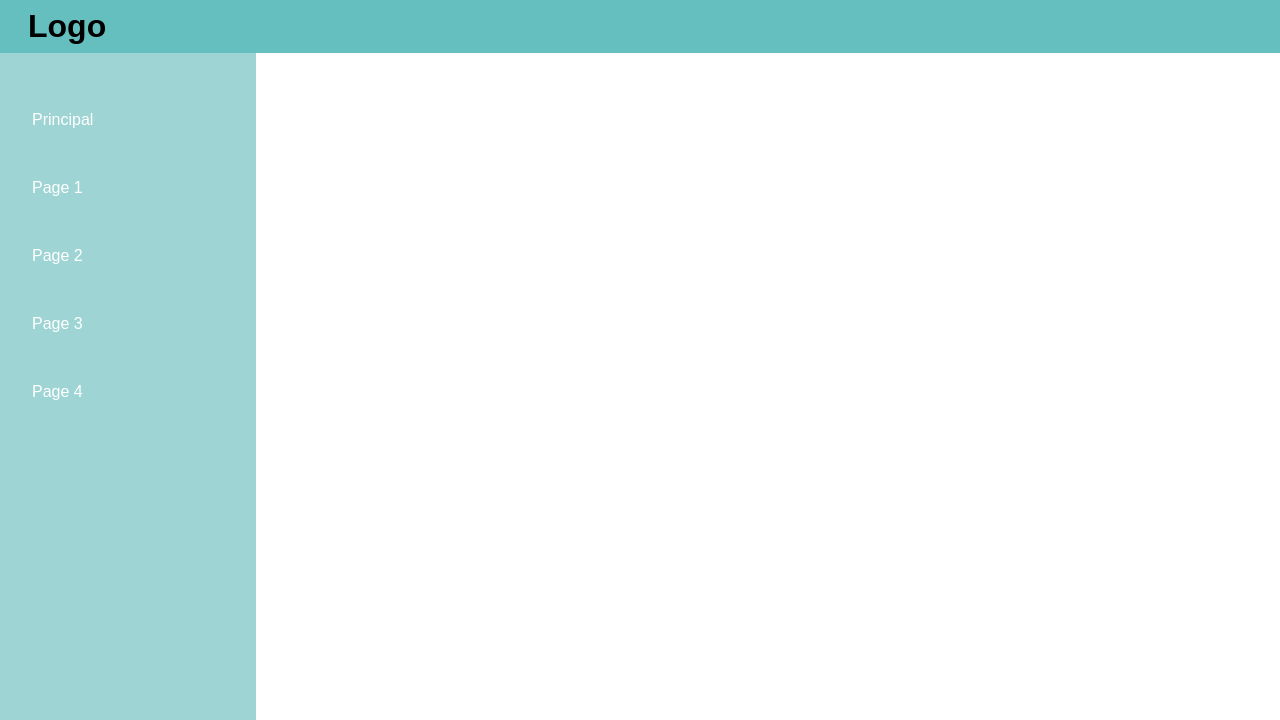
Repository: mateus-henrique-silva/Dashboard-pixel-facebook-react
Page: / (app in dashboard-pixel/)
An editor plug-in stored every save of this project. The page is shown before and after the next save, followed by the edit.
The browser window is 1280 px wide. The pictures show the whole page.
The project was rebuilt for these pictures with package versions that can differ from the ones it lists, and the page was loaded fresh each time.

Above is the page before, as saved 2022-07-07 17:54:58.

### dashboard-pixel/src/index.js
import React from "react";
import ReactDOM from "react-dom/client";

import App from "./App";
import reportWebVitals from "./reportWebVitals";

const root = ReactDOM.createRoot(document.getElementById("root"));
root.render(
  <React.StrictMode>
    <App />
  </React.StrictMode>
);

reportWebVitals();

### dashboard-pixel/src/App.jsx
import React from "react";
import Main from "./Components/MainPage/Main";



function App() {
  return (
    <div >
        <Main/>


    </div>
  );
}

export default App;

### dashboard-pixel/src/Components/MainPage/Main.jsx
import React from 'react'
import './Main.css'
import Header from '../Header/Header'
import SideBar from "../SideBar/SideBar"

const Main = () => {
  return (
    <div className="Main">
        <Header/>
        <SideBar/>
    </div>
  )
}

export default Main

### dashboard-pixel/src/Components/MainPage/Main.css
* {
  border: 0;
  margin: 0;
  font-family: sans-serif;
  overflow-y: hidden;
}

.Main {
  width: 100%;
  height: 100vh;
}
.startHeader{
    width: 100%;
    display: flex;
    justify-content: center;
}

### dashboard-pixel/src/Components/Header/Header.jsx
import React from 'react'
import "./Header.css"

const Header = () => {
  return (
    <div className="startHeader">

        <div className="Header">
            <h1>Logo</h1>
        </div>

    </div>
  )
}

export default Header

### dashboard-pixel/src/Components/SideBar/SideBar.jsx
import React from "react";
import "./SideBar.css";

const SideBar = () => {
  return (
    <div>
      <div className="div-sidebar">
        <div className="Menu-tag">
            <h1></h1>
          <div><a href="#">Principal</a></div>
          <div><a href="#">Page 1</a></div>
          <div><a href="#">Page 2</a></div>
          <div><a href="#">Page 3</a></div>
          <div><a href="#">Page 4</a></div>
        </div>
      </div>
    </div>
  );
};

export default SideBar;

### dashboard-pixel/src/Components/Header/Header.css
.Header{
    width: 99vw;
    padding: 0.5em 0.5em ;
    background-color:#66BFBF;
    display:flex;
    align-items:center;




}

.Header h1{
    margin-left: 20px;
}

### dashboard-pixel/src/Components/SideBar/SideBar.css
.div-sidebar {
  height: 100vh;
  width: 20vw;
  background-color: #9fd4d4;
  display: grid;
}

.Menu-tag {
  height: 100%;
  padding: 0.5em 2em;
}

.Menu-tag div {
  margin-top:50px;
}

.Menu-tag div a {
    text-decoration: none;
    color:white;
  }

Loaded but not shown: dashboard-pixel/public/index.html (common file); dashboard-pixel/src/reportWebVitals.js (common file)

After the next save:
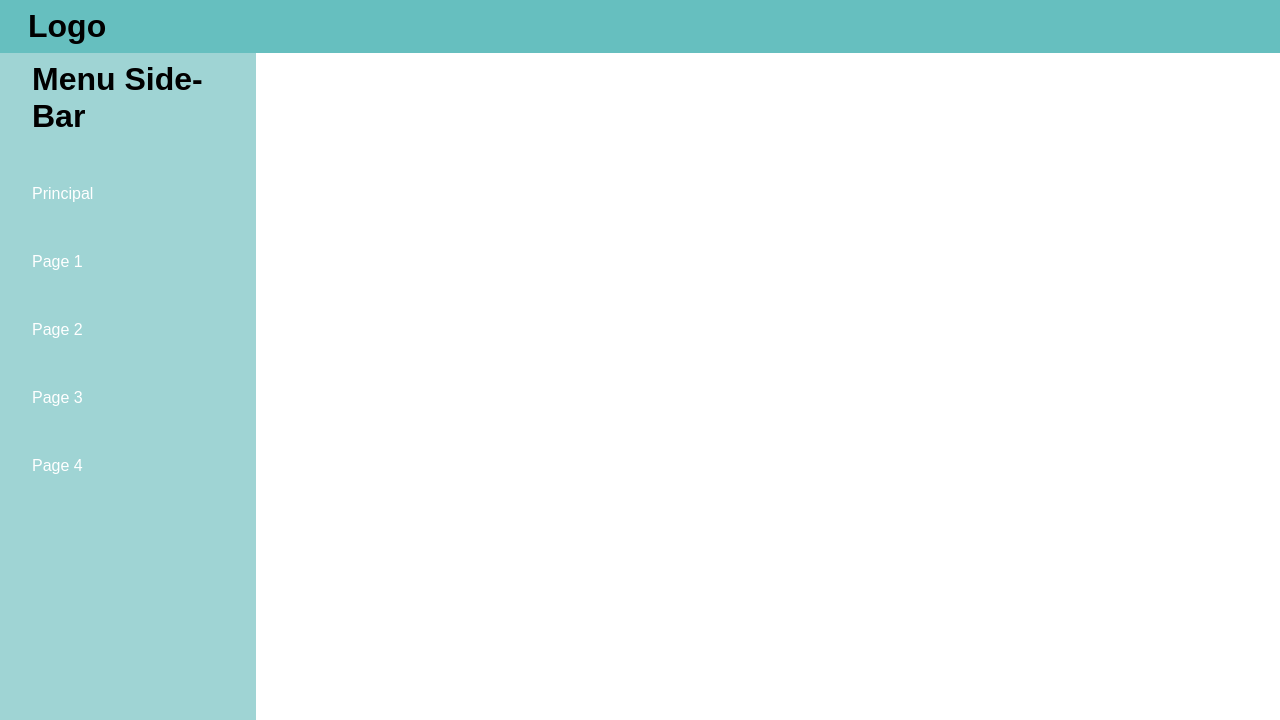
Saved 8 s later.
--- a/dashboard-pixel/src/Components/SideBar/SideBar.jsx
+++ b/dashboard-pixel/src/Components/SideBar/SideBar.jsx
@@ -6,7 +6,7 @@ const SideBar = () => {
     <div>
       <div className="div-sidebar">
         <div className="Menu-tag">
-            <h1></h1>
+            <h1>Menu Side-Bar</h1>
           <div><a href="#">Principal</a></div>
           <div><a href="#">Page 1</a></div>
           <div><a href="#">Page 2</a></div>
